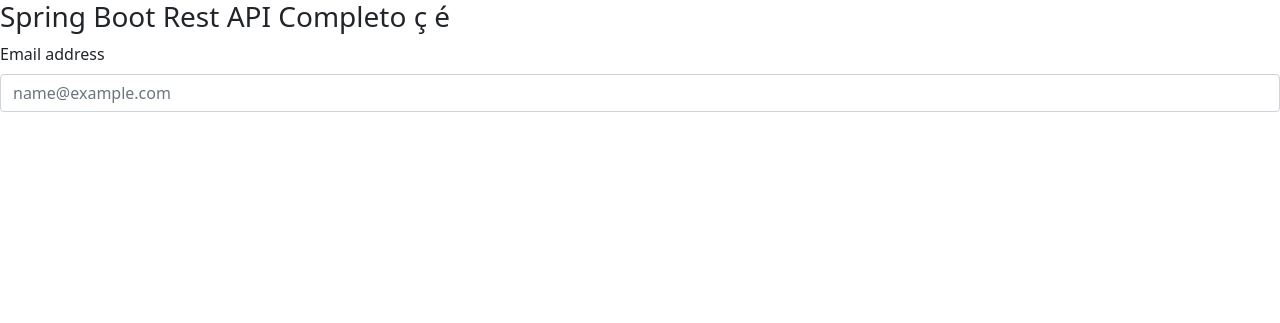
Repository: aldo-pereira22/projeto-srping-boot-1
Page: back-end/springboot-rest-api-sample/src/main/resources/static/index.html
These files come from the project's save history. The page is drawn as it stood at one moment and after the next save; the edit follows.
The browser window is 1280 px wide. The pictures show the whole page.

Above is the page before, as saved 2021-06-08 19:48:17.

### back-end/springboot-rest-api-sample/src/main/resources/static/index.html
<html>

<head>

	<meta charset="utf-8">
	<title> Srping Boot com </title>
	<!-- Bootstrap CSS -->
	<link href="https://cdn.jsdelivr.net/npm/bootstrap@5.0.1/dist/css/bootstrap.min.css" rel="stylesheet"
		integrity="sha384-+0n0xVW2eSR5OomGNYDnhzAbDsOXxcvSN1TPprVMTNDbiYZCxYbOOl7+AMvyTG2x" crossorigin="anonymous">

</head>

<body>
	<h3> Spring Boot Rest API Completo ç é </h3>


	<form action="" id="formCadastroUser">
		<div class="mb-3">
			<label for="exampleFormControlInput1" class="form-label">Email address</label>
			<input type="email" class="form-control" id="exampleFormControlInput1" placeholder="name@example.com">
		</div>

	</form>
	<!-- Option 1: Bootstrap Bundle with Popper -->
	<script src="https://cdn.jsdelivr.net/npm/bootstrap@5.0.1/dist/js/bootstrap.bundle.min.js"
		integrity="sha384-gtEjrD/SeCtmISkJkNUaaKMoLD0//ElJ19smozuHV6z3Iehds+3Ulb9Bn9Plx0x4"
		crossorigin="anonymous"></script>
</body>

</html>

After the next save:
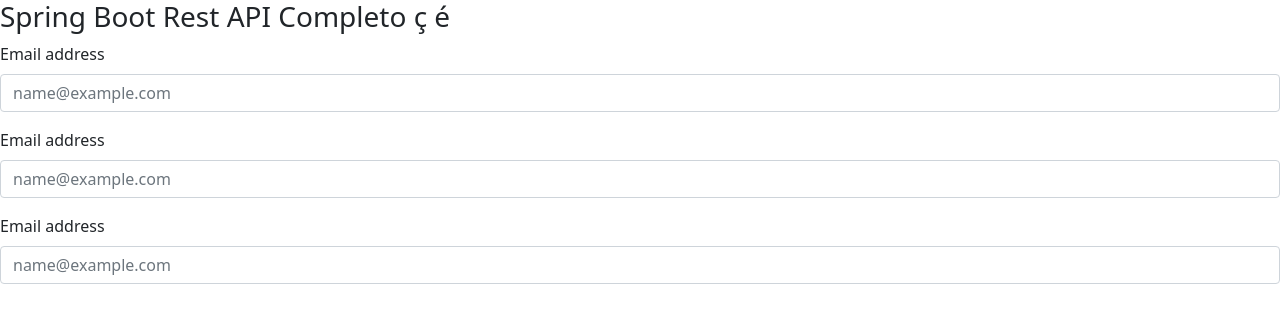
Saved 30 s later.
--- a/back-end/springboot-rest-api-sample/src/main/resources/static/index.html
+++ b/back-end/springboot-rest-api-sample/src/main/resources/static/index.html
@@ -19,6 +19,15 @@
 			<label for="exampleFormControlInput1" class="form-label">Email address</label>
 			<input type="email" class="form-control" id="exampleFormControlInput1" placeholder="name@example.com">
 		</div>
+		<div class="mb-3">
+			<label for="exampleFormControlInput1" class="form-label">Email address</label>
+			<input type="email" class="form-control" id="exampleFormControlInput1" placeholder="name@example.com">
+		</div>
+		<div class="mb-3">
+			<label for="exampleFormControlInput1" class="form-label">Email address</label>
+			<input type="email" class="form-control" id="exampleFormControlInput1" placeholder="name@example.com">
+		</div>
+
 
 	</form>
 	<!-- Option 1: Bootstrap Bundle with Popper -->
